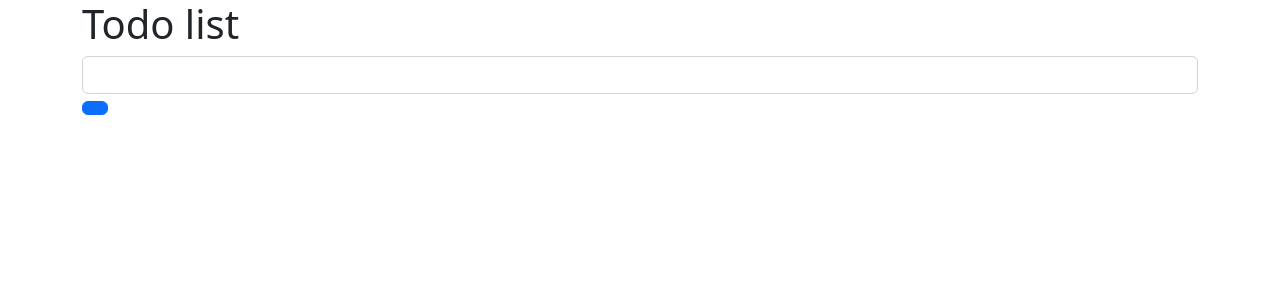
Repository: NPhanA/React2022
Page: / (app in Day 07-State and lifecycle/exercise/)
The author's editor kept a copy of each file at every save. The page is drawn from the files as they stood at one save, then again after the next save.
The browser window is 1280 px wide. The pictures show the whole page.
The project was rebuilt for these pictures with package versions that can differ from the ones it lists, and the page was loaded fresh each time. Also part of the build but not shown: Day 07-State and lifecycle/exercise/src/Components/AppState.js, Day 07-State and lifecycle/exercise/src/Components/FormComponents.js, Day 07-State and lifecycle/exercise/src/Components/BasicCalculator.js, Day 07-State and lifecycle/exercise/src/Components/Home.js, Day 07-State and lifecycle/exercise/src/Components/LogInForm.js.

Above is the page before, as saved 2022-08-01 17:02:37.

### Day 07-State and lifecycle/exercise/src/index.js
import React from 'react';
import ReactDOM from 'react-dom/client';
import './index.css';
import { createRoot } from 'react-dom/client';
import AppState from './Components/AppState';
import 'bootstrap/dist/css/bootstrap.min.css';
import Calculator from './Components/BasicCalculator';
import LogIn from './Components/LogInForm';
import ToDo from './Components/ToDo';
const container = document.getElementById('root');
const root = createRoot(container);
root.render(<ToDo />);

### Day 07-State and lifecycle/exercise/src/Components/ToDo.js
import { Component } from "react";
class ToDo extends Component {





    render() {
        return (
            <div className="container">
                <div className="row">
                    <div className="col-xxl-4"></div>
                    <div className="col-xxl-4">
                        <h1>
                            Todo list
                        </h1>
                        <input type="text" className="form-control"></input>
                        <button className="btn btn-primary" role="button" type="submit"></button>
                    </div>
                    <div className="col-xxl-4"></div>
                </div>
            </div>

        )



    }

}
export default ToDo;

Loaded but not shown: Day 07-State and lifecycle/exercise/public/index.html (common file); Day 07-State and lifecycle/exercise/src/index.css (common file)

After the next save:
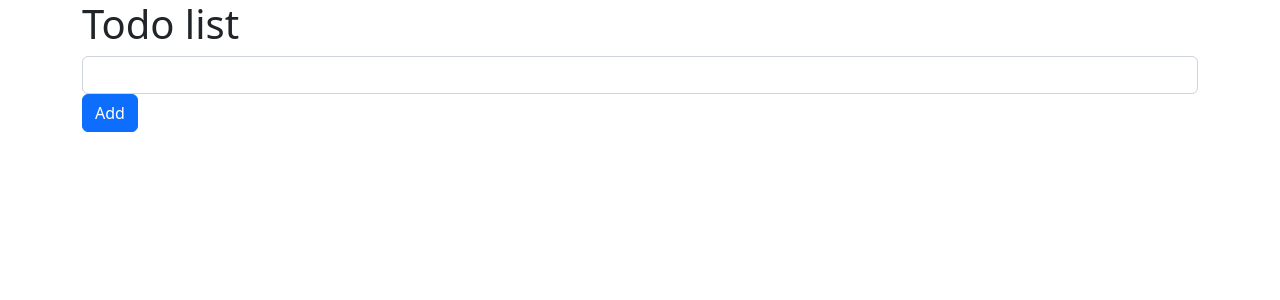
Saved 17 s later.
--- a/Day 07-State and lifecycle/exercise/src/Components/ToDo.js
+++ b/Day 07-State and lifecycle/exercise/src/Components/ToDo.js
@@ -15,7 +15,7 @@ class ToDo extends Component {
                             Todo list
                         </h1>
                         <input type="text" className="form-control"></input>
-                        <button className="btn btn-primary" role="button" type="submit"></button>
+                        <button className="btn btn-primary" role="button" type="submit">Add</button>
                     </div>
                     <div className="col-xxl-4"></div>
                 </div>
